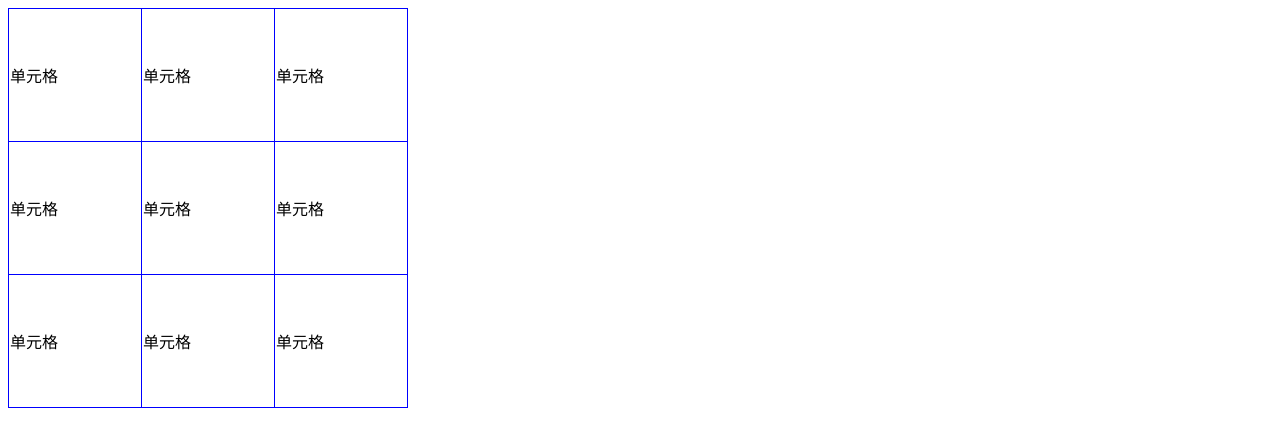
Repository: yuanliumaker/html-css-js
Page: css/表格属性.html
The author's editor kept a copy of each file at every save. The page is drawn from the files as they stood at one save, then again after the next save.
The browser window is 1280 px wide. The pictures show the whole page.

Above is the page before, as saved 2025-08-31 15:34:12.

### css/表格属性.html
<!DOCTYPE html>
<html lang="en">
<head>
    <meta charset="UTF-8">
    <meta name="viewport" content="width=device-width, initial-scale=1.0">
    <title>Document</title>
    <style>
        table{
            /* 设置表格的宽度 高度 边框的粗细以及颜色 */
            width:400px;
            height:400px;
            border:1px solid blue;
        }
        td{
            /* 设置每个单元格的边框 */
            border:1px solid blue
        }
        /* 折叠边框 */
        table{
            border-collapse: collapse;
        }
    </style>
</head>
<body>
    <table>
        <tr>
            <td>单元格</td>
            <td>单元格</td>
            <td>单元格</td>
        </tr>
        <tr>
            <td>单元格</td>
            <td>单元格</td>
            <td>单元格</td>
        </tr>
        <tr>
            <td>单元格</td>
            <td>单元格</td>
            <td>单元格</td>
        </tr>
    </table>
</body>
</html>

After the next save:
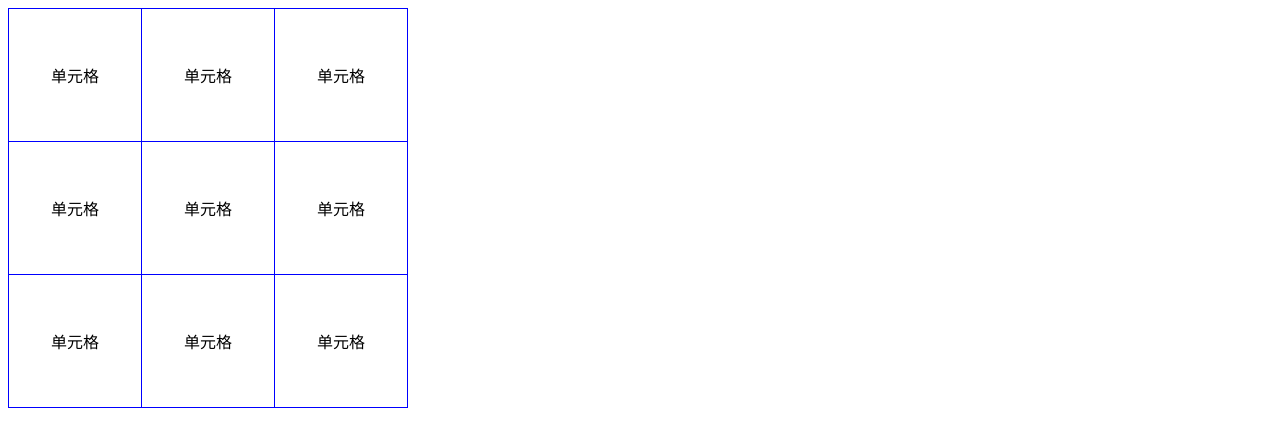
Saved 57 s later.
--- a/css/表格属性.html
+++ b/css/表格属性.html
@@ -18,6 +18,11 @@
         /* 折叠边框 */
         table{
             border-collapse: collapse;
+        }
+        /* 设置单元格文本的对齐方式 */
+        td{
+            text-align: center; /* 水平对齐方式 left center right */
+            /* vertical-align: middle; 垂直对齐方式 top middle bottom */
         }
     </style>
 </head>
